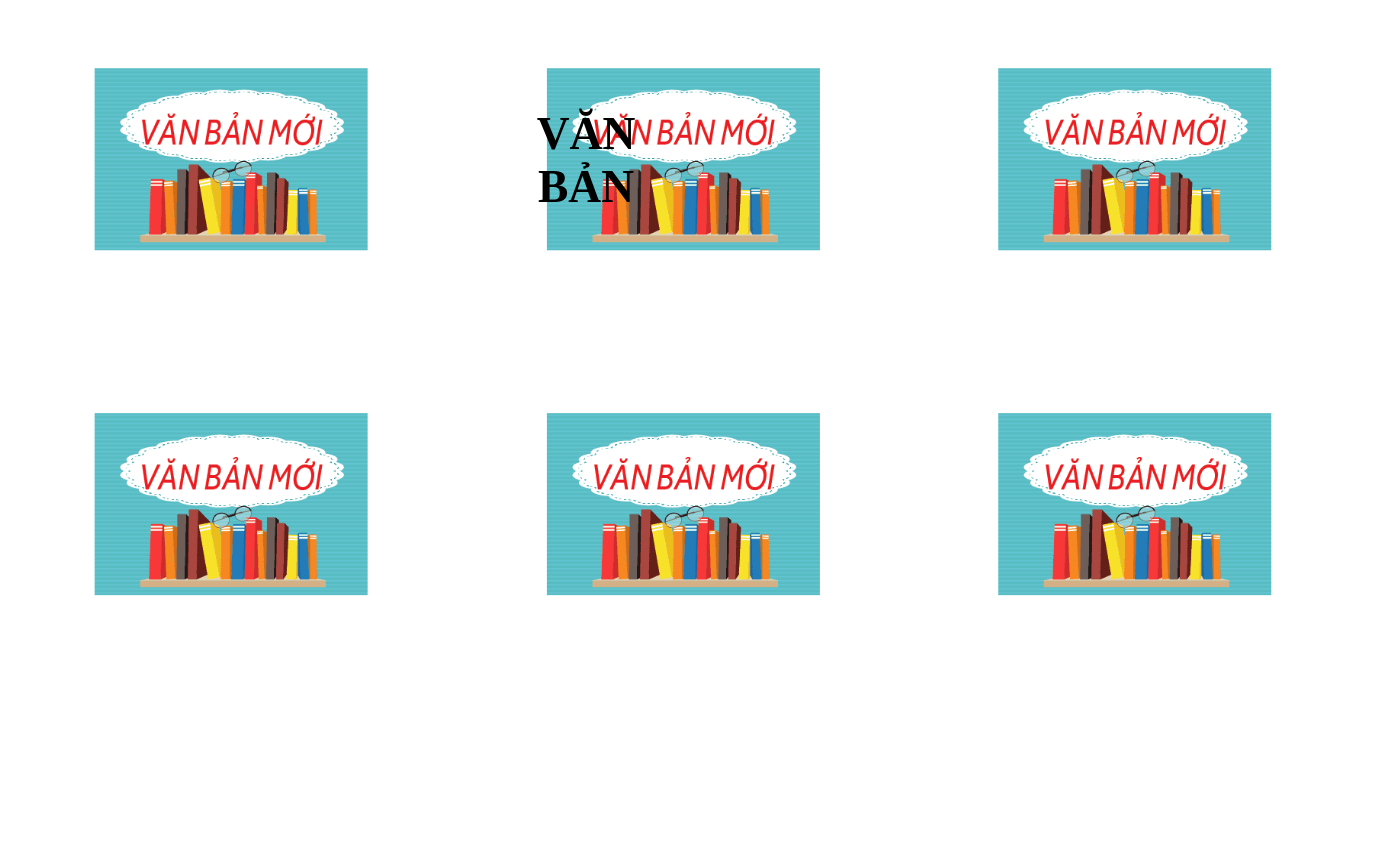
Repository: dphasst17/THPTVCC
Page: document/document_content/dchome.html
These files come from the project's save history. The page is drawn as it stood at one moment and after the next save; the edit follows.
The browser window is 1280 px wide. The page is 1527 px wide, so the pictures cover 1527 px, including what lies to the right of the window. The pictures show the whole page, at 91% of full size.

Above is the page before, as saved 2022-10-17 18:57:50.

After the next save:
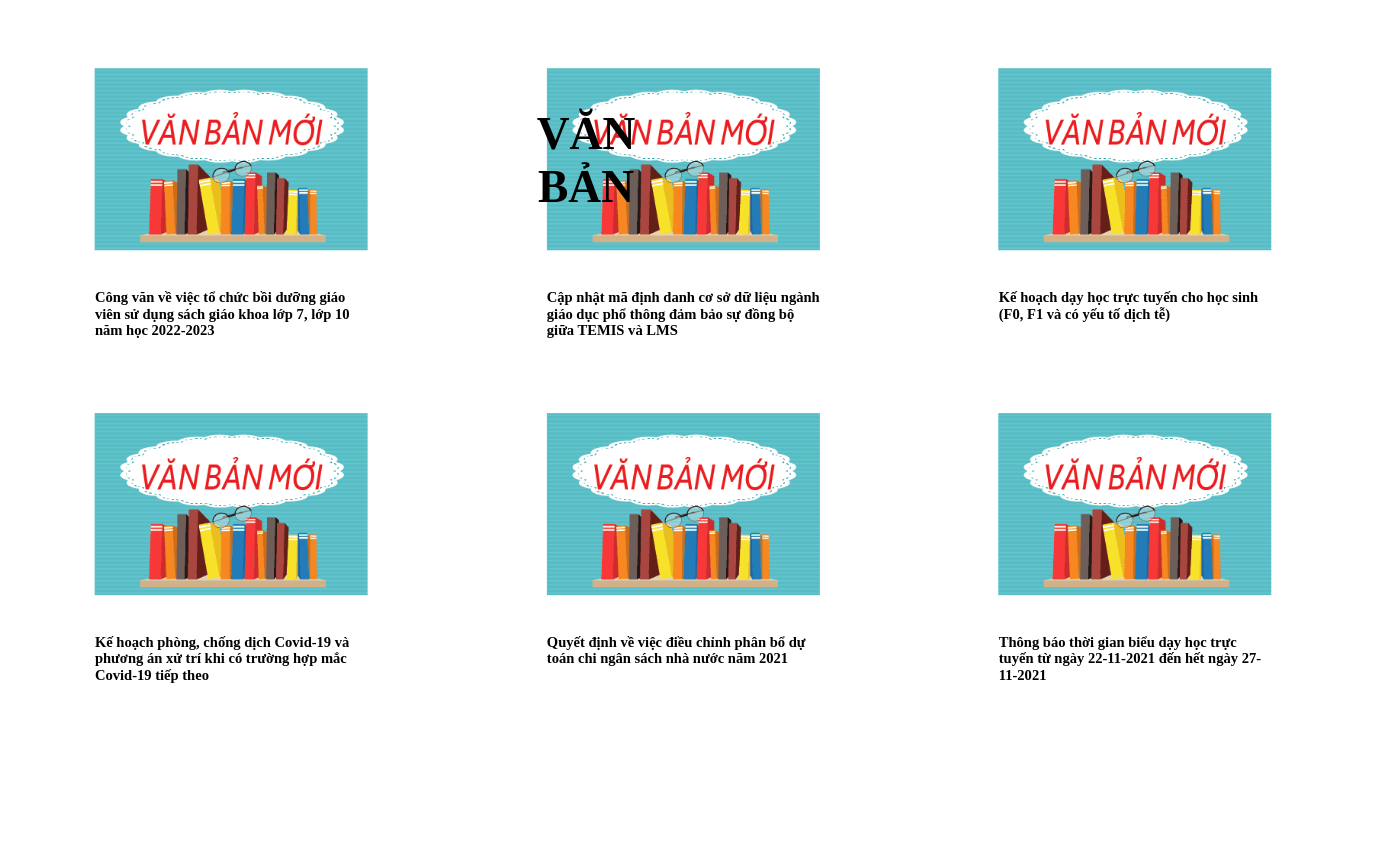
Saved 43 s later.
--- a/document/document_content/dchome.html
+++ b/document/document_content/dchome.html
@@ -38,7 +38,7 @@
         a{
             text-decoration:none;
         }
-        h4{
+        .document_container h4{
             color:#000;
         }
         img{
